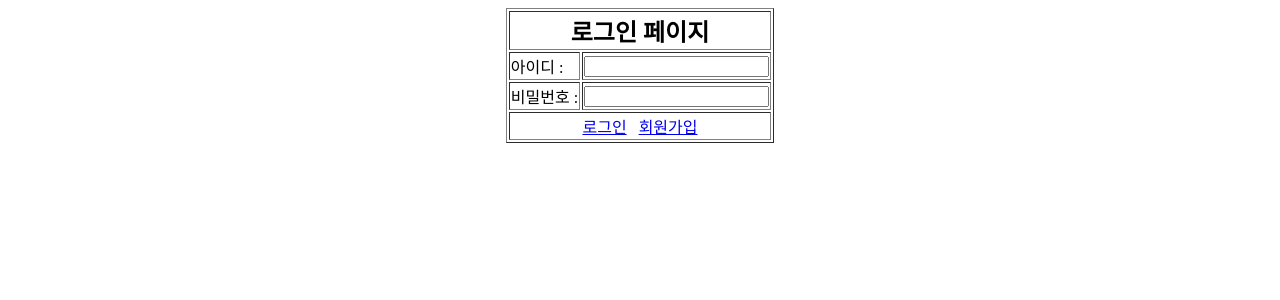
Repository: smap401/Kosta95_Project3
Page: http://localhost/yanolja_boram3/member/loginForm.jsp
The author's editor kept a copy of each file at every save. The page is drawn from the files as they stood at one save, then again after the next save.
The browser window is 1280 px wide. The pictures show the whole page.
The page is served by Tomcat 9. Other server files are loaded and not shown.

Above is the page before, as saved 2015-04-30 06:51:08.

### yanolja_boram3/WebContent/member/loginForm.jsp
<%@ page language="java" contentType="text/html; charset=utf-8"%>
<html>
<head>
<title>로그인 페이지</title>
</head>
<body>
<form name="loginform" action="<%= request.getContextPath()%>/MemberLoginAction.me" method="post">
<center>
<table border=1>
	<tr>
		<td colspan="2" align=center>
			<b><font size=5>로그인 페이지</font></b>
		</td>
	</tr>
	<tr><td>아이디 : </td><td><input type="text" name="userid"/></td></tr>
	<tr><td>비밀번호 : </td><td><input type="password" name="pwd"/></td></tr>
	<tr>
		<td colspan="2" align=center>
			<a href="javascript:loginform.submit()">로그인</a>&nbsp;&nbsp;
			<a href="MemberJoin.me">회원가입</a>
		</td>
	</tr>
</table>
</center>
</form>
</body>
</html>

After the next save:
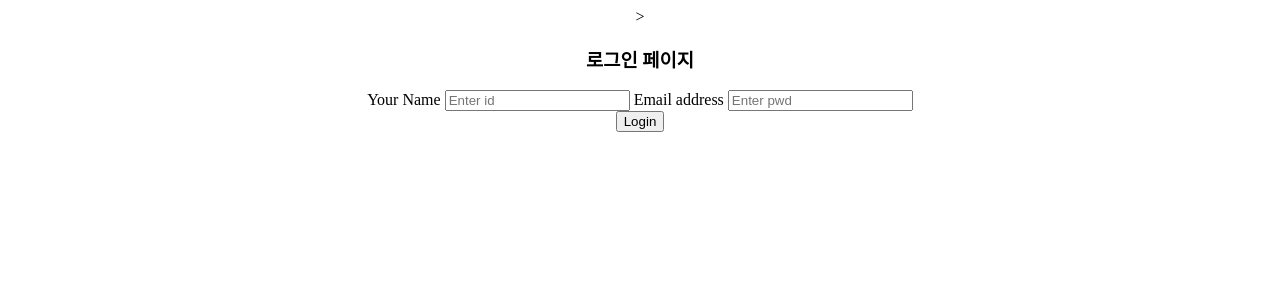
Saved 9 min 23 s later.
--- a/yanolja_boram3/WebContent/member/loginForm.jsp
+++ b/yanolja_boram3/WebContent/member/loginForm.jsp
@@ -4,10 +4,41 @@
 <title>로그인 페이지</title>
 </head>
 <body>
-<form name="loginform" action="<%= request.getContextPath()%>/MemberLoginAction.me" method="post">
+<center>
+	 <div class="col-lg-6">
+		<form role="form" name="loginform" action="<%= request.getContextPath()%>/MemberLoginAction.me" method="post">>
+			<div class="form-group">
+				<h3>로그인 페이지</h3>
+				<label for="InputId">Your Name</label>
+				<input type="text" class="form-control" id="InputId" placeholder="Enter id">
+				<label for="InputPwd">Email address</label>
+				<input type="password" class="form-control" id="InputPwd" placeholder="Enter pwd">
+			</div>
+			<button type="submit" class="btn btn-default">Login</button>
+			<!-- <a href="javascript:loginform.submit()">로그인</a>&nbsp;&nbsp;
+			<a href="MemberJoin.me">회원가입</a> -->
+		</form>
+	</div>
+
+
+<%-- <form name="loginform" action="<%= request.getContextPath()%>/MemberLoginAction.me" method="post">
 <center>
 <table border=1>
-	<tr>
+	<!-- <div class="col-lg-6" align="center">
+					<form role="form" name="loginform" action="<%= request.getContextPath()%>/MemberLoginAction.me" method="post">>
+					  <div class="form-group">
+					    <label for="exampleInputName1">Your Name</label>
+					    <input type="email" class="form-control" id="exampleInputEmail1" placeholder="Enter name">
+					    <label for="exampleInputEmail1">Email address</label>
+					    <input type="email" class="form-control" id="exampleInputEmail1" placeholder="Enter email">
+					    <label for="exampleInputText1">Message</label>
+					    <textarea class="form-control" rows="3"></textarea>
+					  </div>
+					  <button type="submit" class="btn btn-default">Submit</button>
+					</form>
+				</div>
+
+	<tr> -->
 		<td colspan="2" align=center>
 			<b><font size=5>로그인 페이지</font></b>
 		</td>
@@ -20,7 +51,8 @@
 			<a href="MemberJoin.me">회원가입</a>
 		</td>
 	</tr>
-</table>
+</table> --%>
+
 </center>
 </form>
 </body>
